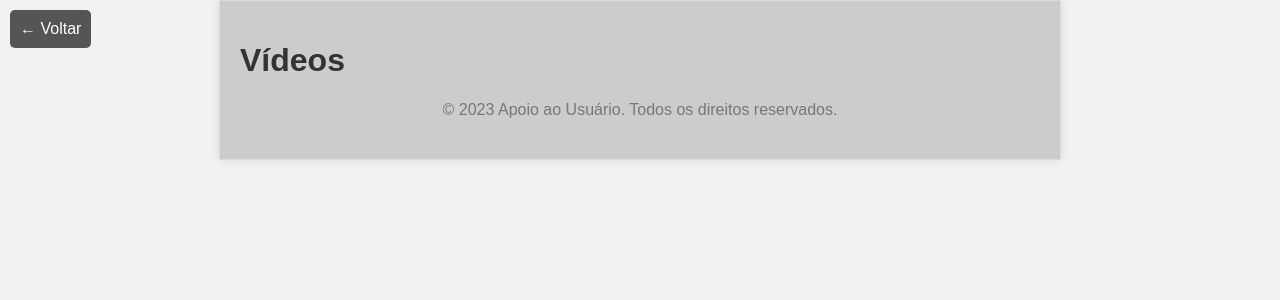
Repository: I4guito/dicasdez
Page: Dicas site/Dicas/sobrevideos.html
An editor plug-in stored every save of this project. The page is shown before and after the next save, followed by the edit.
The browser window is 1280 px wide. The pictures show the whole page.

Above is the page before, as saved 2023-12-07 15:31:57.

After the next save:
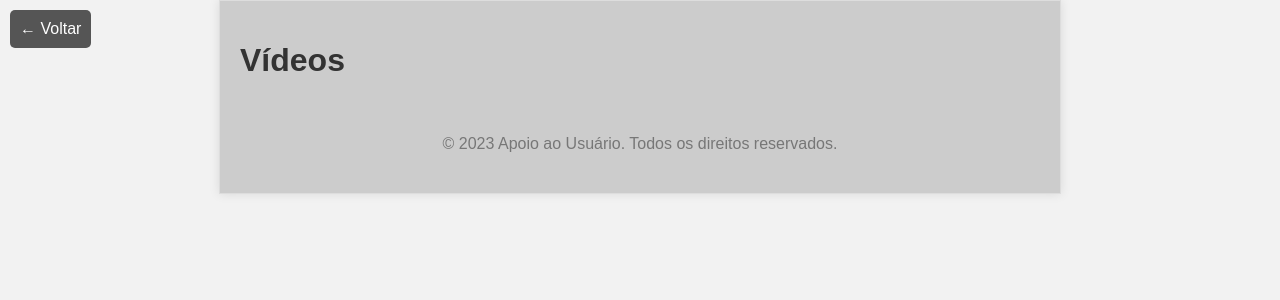
Saved 4 s later.
--- a/Dicas site/Dicas/sobrevideos.html
+++ b/Dicas site/Dicas/sobrevideos.html
@@ -13,7 +13,13 @@
         <a href="javascript:history.back()" class="voltar-btn">&#8592; Voltar</a>
             <h1> Vídeos </h1>
         </header>
-
+        <section>
+            <h2>  </h2>
+            <ul>
+                <li></li>
+                <li></li>
+            </ul>
+        </section><br>
 
 
         <footer>
